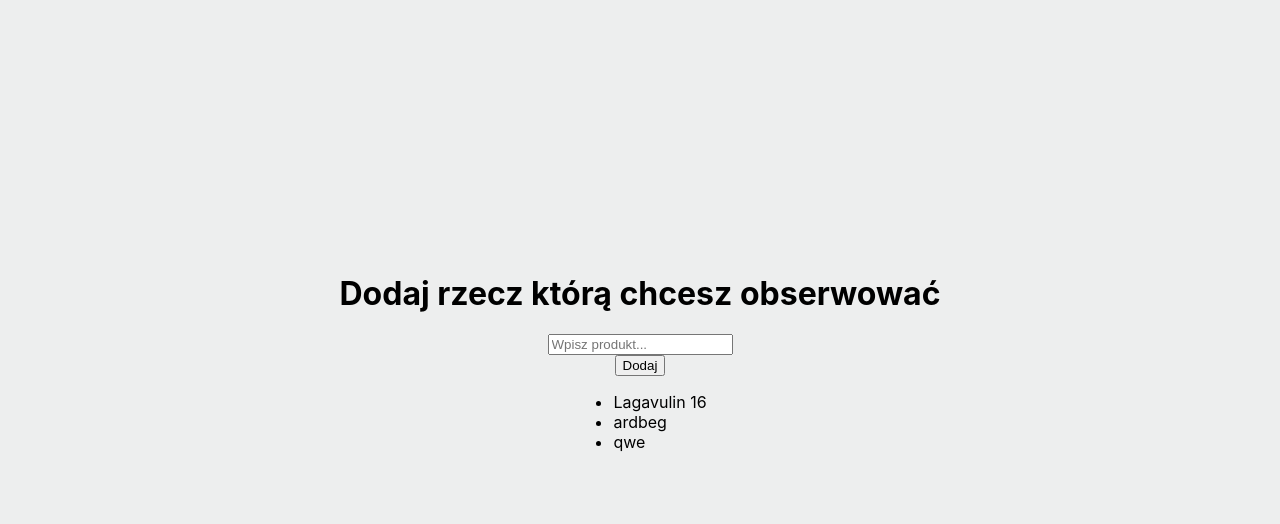
Repository: matedoo/crawler
Page: /MainApp
These files come from the project's save history. The page is drawn as it stood at one moment and after a run of saves; the edit follows.
The browser window is 1280 px wide. The pictures show the whole page.
The project was rebuilt for these pictures with package versions that can differ from the ones it lists, and the page was loaded fresh each time. Requests to the local data server were answered from the project's data file. Also part of the build but not shown: src/Components/button.js, src/Components/LoginComponents/LoginApp.js, src/Components/LoginComponents/RegisterApp.js, src/Components/btnContainer.js, src/Components/heading.js, src/Components/LoginComponents/StartApp.js.

Above is the page before, as saved 2020-04-28 19:08:36.

### public/index.html
<!DOCTYPE html>
<html lang="en">
  <head>
    <meta charset="utf-8" />
    <link rel="icon" href="%PUBLIC_URL%/favicon.ico" />
    <meta name="viewport" content="width=device-width, initial-scale=1" />
    <meta name="theme-color" content="#000000" />
    <meta
      name="description"
      content="Web site created using create-react-app"
    />
    <link rel="apple-touch-icon" href="%PUBLIC_URL%/logo192.png" />
    <!--
      manifest.json provides metadata used when your web app is installed on a
      user's mobile device or desktop. See https://developers.google.com/web/fundamentals/web-app-manifest/
    -->
    <link rel="manifest" href="%PUBLIC_URL%/manifest.json" />
    <!--
      Notice the use of %PUBLIC_URL% in the tags above.
      It will be replaced with the URL of the `public` folder during the build.
      Only files inside the `public` folder can be referenced from the HTML.

      Unlike "/favicon.ico" or "favicon.ico", "%PUBLIC_URL%/favicon.ico" will
      work correctly both with client-side routing and a non-root public URL.
      Learn how to configure a non-root public URL by running `npm run build`.
    -->
    <title>Racoon</title>
  </head>
  <body>
    <noscript>You need to enable JavaScript to run this app.</noscript>
    <div id="root"></div>

  </body>
</html>

### src/App.js
import React from 'react';
import LoginApp from './Components/LoginComponents/LoginApp'
import RegisterApp from './Components/LoginComponents/RegisterApp'
import StartApp from './Components/LoginComponents/StartApp'
import MainApp from './Components/MainApp/MainApp'
import {BrowserRouter as Router, Switch, Route} from 'react-router-dom'




class App extends React.Component {

  render(){
    return (
      <Router>
        <Switch>
          <Route path='/' exact component={StartApp}></Route>
          <Route path='/LoginApp' component={LoginApp}></Route>
          <Route path='/RegisterApp' component={RegisterApp}></Route>
          <Route path='/MainApp' component={MainApp}></Route>
        </Switch>
      </Router>
    );
  }
}



export default App;

### src/Components/MainApp/MainApp.js
import React, { useState, useEffect } from 'react';
import styled from 'styled-components';
import MainAppElement from './MainAppElement'


//http://localhost:4000/items

function MainApp(props) {
  const [elementsListState, setElementsListState] = useState({ elementsList: [], inputValue: '', error: ''})

  const [fetchedData, setFetchedData] = useState([])
  const [dataError, setDataError] = useState(null)
  const [isLoading, setIsLoading] = useState(true)

  useEffect(() => {
    const myFetch = async () => {
      setIsLoading(true)

      try {
        const response = await fetch(`http://localhost:4000/items`)
        const responseParsed = await response.json()

        setIsLoading(false)
        setFetchedData(responseParsed)

      } catch(dataError){
        setIsLoading(false)
        setDataError(dataError)
      }

    }
    myFetch()
  }, [])
  console.log(fetchedData);




  if(isLoading){
    return <p>Loading...</p>
  }
  if(dataError){
    return <p>Error...</p>
  }

  const handleInputChange = (event) => {
    const { value } = event.target
    setElementsListState({
      ...elementsListState,
      inputValue: value
    })

  }
  const handleButtonClick = () => {
    const { elementsList } = elementsListState;

    if(!inputValue) return;

    if(elementsList.some(element => element === inputValue)){
      setElementsListState({
        ...elementsListState,
        error: 'Ten produkt już istnieje',
        inputValue: '',
      })
      return;
    }
    setElementsListState({
      error: '',
      elementsList: [...elementsList, inputValue],
      inputValue: ''
    })
  }

  const handleElementRemove = (elementValue) => {
    setElementsListState({
      ...elementsListState,
      elementsList: elementsList.filter(element => element !== elementValue)
    })
  }
  const { error, elementsList, inputValue} = elementsListState;
    return (
      <LoginAppStyled>
        <h1>Dodaj rzecz którą chcesz obserwować</h1>
        {elementsList.map((element) => (
          <MainAppElement
            key={element}
            element={element}
            handleCloseClick={handleElementRemove}
          />
        ))}
        <input
          name='listelemt'
          placeholder='Wpisz produkt...'
          value={inputValue}
          onChange={handleInputChange}
        />
        <button onClick={handleButtonClick}>Dodaj</button>
        {!!error && <p>{error}</p>}
        <div>
        <ul>
        {/* {console.log(`${fetchedData.title} title`  )} */}
        {fetchedData.map((items) => <li value={items.id} >{items.title} </li>)}
        </ul>
        </div>
      </LoginAppStyled>
    );

}

export default MainApp;



const LoginAppStyled = styled.div`
   background-color: #edeeee;
   margin: 0;
   padding:0;
   height: 100vh;
   width: 100%;
   display: flex;
   align-items: center;
   justify-content: center;
   flex-direction: column;
`

### db.json
{
  "items": [
    {
      "title": "Lagavulin 16",
      "id": 1
    },
    {
      "title": "ardbeg",
      "id": 3
    },
    {
      "title": "qwe",
      "id": 4
    }
  ]
}

### src/Components/MainApp/MainAppElement.js
import React from 'react';


function MainAppElement(props){
    const {element, handleCloseClick} = props;
    return(
        <div>
            {element}
            <button onClick={ () => handleCloseClick(element)}>X</button>
        </div>

    )
}

export default MainAppElement;

Loaded but not shown: src/index.js (common file); src/styles/index.css (common file); src/serviceWorker.js (common file)

After the next 2 saves:
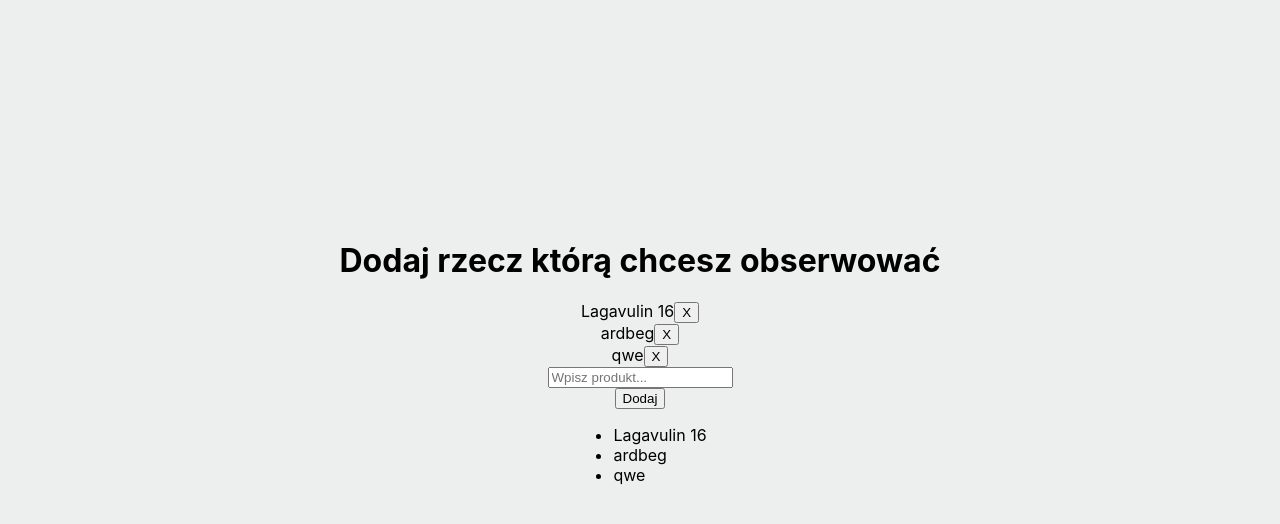
The 2 saves are shown as one change because 1 did not build or start.
The last was saved 5 min 19 s later.
--- a/src/Components/MainApp/MainApp.js
+++ b/src/Components/MainApp/MainApp.js
@@ -81,10 +81,10 @@ function MainApp(props) {
     return (
       <LoginAppStyled>
         <h1>Dodaj rzecz którą chcesz obserwować</h1>
-        {elementsList.map((element) => (
+        {fetchedData.map((element) => (
           <MainAppElement
-            key={element}
-            element={element}
+            key={element.id}
+            element={element.title}
             handleCloseClick={handleElementRemove}
           />
         ))}
